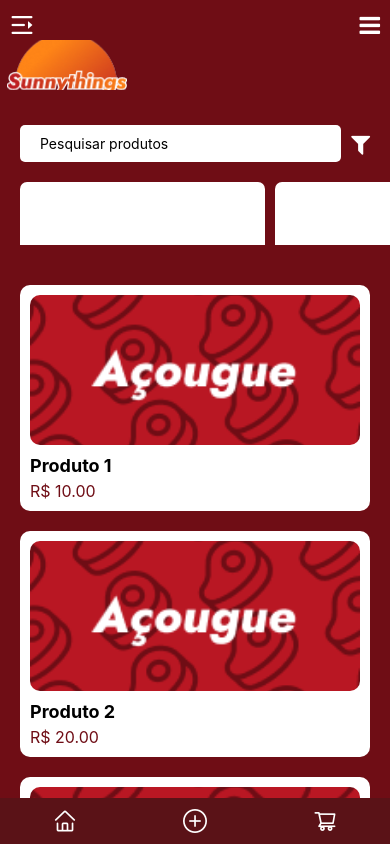
Repository: Luizzzin/SuperMercado
Screen: / (app in suny/)
These files come from the project's save history. The screen is drawn as it stood at one moment and after the next save; the edit follows.
An inner scrolling area shows only its first screen. The app was drawn by React Native's web renderer in a window 390 px wide. The project was rebuilt for these pictures with package versions that can differ from the ones it lists, and the page was loaded fresh each time.

Above is the screen before, as saved 2024-05-09 20:11:42.

After the next save:
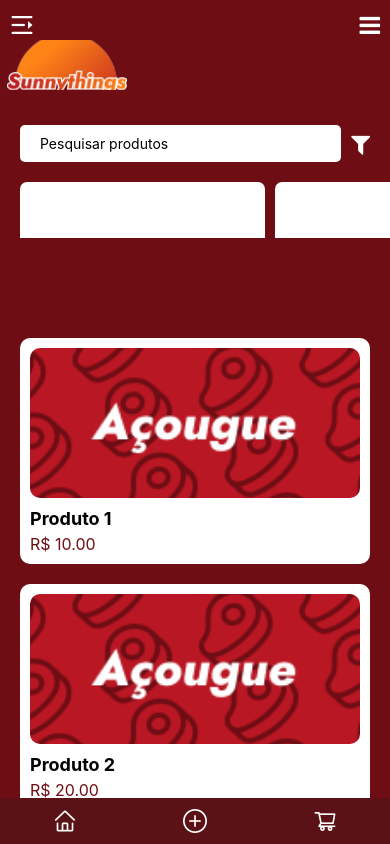
Saved 14 s later.
--- a/suny/HomeScreen.js
+++ b/suny/HomeScreen.js
@@ -124,7 +124,7 @@
   },
   productContainer: {
     paddingHorizontal: 20,
-    paddingTop: 20,
+    paddingTop: 80,
   },
   productCard: {
     marginBottom: 20,
